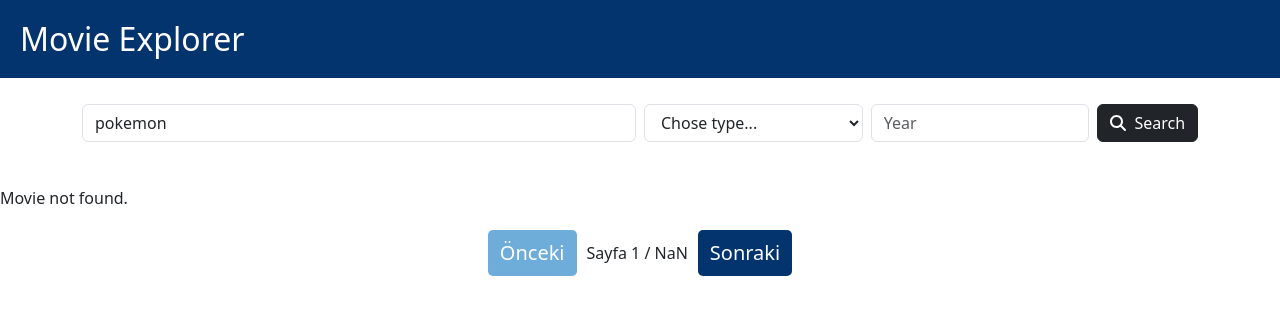
Repository: denizdizi/movie-explorer
Page: /
An editor plug-in stored every save of this project. The page is shown before and after the next save, followed by the edit.
The browser window is 1280 px wide. The pictures show the whole page.
The page's requests for data from a server got no answer. The project was rebuilt for these pictures with package versions that can differ from the ones it lists, and the page was loaded fresh each time. No one was signed in, and anything a server would have sent is missing. Also part of the build but not shown: src/App.css, src/components/MovieCard.js, src/pages/MovieDetail.js.

Above is the page before, as saved 2025-03-29 01:22:57.

### src/index.js
import React from 'react';
import ReactDOM from 'react-dom/client';
import './index.css';
import App from './App';
import reportWebVitals from './reportWebVitals';
import { Provider } from 'react-redux';
import store from "./store/store";
import 'bootstrap/dist/css/bootstrap.min.css';
import 'bootstrap/dist/js/bootstrap.bundle.min';

const root = ReactDOM.createRoot(document.getElementById('root'));
root.render(
  <Provider store={store}>
    <App />
  </Provider>
);

// If you want to start measuring performance in your app, pass a function
// to log results (for example: reportWebVitals(console.log))
// or send to an analytics endpoint. Learn more: https://bit.ly/CRA-vitals
reportWebVitals();

### src/App.js
import './App.css';
import React from "react";
import { BrowserRouter as Router, Routes, Route } from "react-router-dom";
import Home from "./pages/Home";
import MovieDetails from "./pages/MovieDetail";
import "./styles/global.scss";

function App() {
  return (
    <Router>
      <Routes>
        <Route path="/" element={<Home />} />
        <Route path="/movie/:id" element={<MovieDetails />} />
      </Routes>
    </Router>
  );
}

export default App;

### src/store/store.js
import { createStore, applyMiddleware, combineReducers } from "redux";
import { thunk } from "redux-thunk";
import movieReducer from "./reducers";

const rootReducer = combineReducers({
  movies: movieReducer,
});

const store = createStore(rootReducer, applyMiddleware(thunk));

export default store;

### src/pages/Home.js
import React, { useEffect, useState } from "react";
import { useDispatch, useSelector } from "react-redux";
import { fetchMovies } from "../store/actions";
import { setPage } from "../store/actions";
import MovieList from "../components/MovieList";
import SearchBar from "../components/SearchBar";
import Pagination from "../components/Pagination";
import { TailSpin } from 'react-loader-spinner';

const Home = () => {
  const dispatch = useDispatch();
  const { movies } = useSelector((state) => state);

  useEffect(() => {
    dispatch(fetchMovies(movies.formData.query, movies.currentPage, movies.formData.type, movies.formData.year));
  }, [dispatch, movies.currentPage]);

  const handlePageChange = (newPage) => {
    dispatch(setPage(newPage));
  };

  return (
    <div>
      <h1 className="page-title">Movie Explorer</h1>
      <SearchBar/>
      {movies.loading && (
        <div className="loading-overlay">
          {/* TailSpin spinner'ını burada gösteriyoruz */}
          <TailSpin
            height="100"
            width="100"
            color="#00BFFF"
            ariaLabel='loading'
          />
        </div>
      )}
      {movies.error && <p>Hata: {movies.error}</p>}
      <MovieList movies={movies} />
      <Pagination
        currentPage={movies.currentPage}
        totalResults={movies.totalResults}
        onPageChange={handlePageChange}
      />
    </div>
  );
};

export default Home;

### src/styles/global.scss
body {
    padding-top: 80px;
    font-family: 'Franklin Gothic Medium', 'Arial Narrow', Arial, sans-serif;
    background-color: #f9f9f9;
}

.movie-list {
    justify-content: center;
}

.movie-line {
  display: flex;
  flex-wrap: wrap;
  align-items: center;
  margin-bottom: 2em;
  background-color: #f9f9f9;
  gap: 2em;
  justify-content: center;
}

.movie-card {
  width: 100%; /* Kartın genişliği */
  height: 300px; /* Kartın yüksekliği */
  border-radius: 10px; /* Köşeleri yuvarlat */
  box-shadow: 0 4px 8px rgba(0, 0, 0, 0.2); /* Gölgelendirme */
  overflow: hidden; /* İçerik taşmasını engelle */
  background-color: #fff; /* Arka plan beyaz */
  display: flex;
  flex-direction: column; /* İçeriği dikey yerleştir */
  align-items: center;
  justify-content: flex-start; /* Başlık ve içerikler üst kısımda yer alsın */
  padding: 10px;
  border: 1px solid #ddd; /* Çerçeve */
}

.img-container {
  width: 100%; /* Konteynerin genişliği */
  height: 60%; /* Resmin yüksekliği */
  overflow: hidden;
  padding: 0; /* Paddingi sıfırlayın */
  display: flex;
  justify-content: center;
  align-items: center; /* Resmin ortalanması için */
  border-radius: 5px;
}

.img-container img {
  width: 100%;
  height: 100%;
  object-fit: cover; /* Resmi konteynere tam sığdır */
  object-position: center;
}

.movie-card h3 {
  margin-top: 10px;
  font-size: 16px;
  text-align: center;
}

@media (max-width: 700px) {
  .movie-line {
    flex-direction: column;
  }

  .img-container {
    height: 60%; /* Küçük ekranlarda img-container yüksekliğini azaltın */
  }
}

.search-bar {
    display: flex;
    align-items: center;
    justify-content: center;
    margin: 20px 0;
  }

  .input-wrapper {
    display: flex;
    position: relative;
  }

  .search-input {
    padding: 10px;
    font-size: 1rem;
    border-radius: 5px;
    border: 1px solid #ccc;
    width: 300px;
    transition: all 0.3s ease;
  }

  .search-input:focus {
    border-color: #007bff;
    outline: none;
  }

  .clear-btn {
    position: absolute;
    top: 50%;
    right: 10px;
    transform: translateY(-50%);
    background: none;
    border: none;
    font-size: 18px;
    color: #ccc;
    cursor: pointer;
    transition: color 0.3s;
  }

  .search-btn {
    padding: 10px 20px;
    background-color: #03346E;
    color: white;
    border: none;
    border-radius: 5px;
    cursor: pointer;
    margin-left: 10px;
    font-size: 1rem;
  }

  .search-btn:hover {
    background-color: #0056b3;
  }

  .page-title {
    background-color: #03346E; /* Başlık arkaplan rengini koyu gri yapıyoruz */
    color: #fff; /* Yazı rengini beyaz yapıyoruz */
    padding: 20px; /* Arka planın etrafına biraz boşluk ekliyoruz */
    font-size: 2em; /* Başlık boyutunu büyütüyoruz */
    position: fixed; /* Başlık sabitlenecek */
    top: 0; /* Başlık üstte olacak */
    left: 0; /* Başlık solda olacak */
    width: 100%; /* Başlık tam genişlikte olacak */
    z-index: 1000; /* Başlık, diğer içeriklerin üstünde yer alacak */
    margin-top: 0;
  }

  .loading-overlay {
    position: fixed;
    top: 0;
    left: 0;
    width: 100%;
    height: 100%;
    background-color: rgba(0, 0, 0, 0.5); /* Yarı saydam siyah arka plan */
    display: flex;
    justify-content: center;
    align-items: center;
    z-index: 9999; /* Diğer içeriklerin üstünde olmalı */
  }

  .pagination {
    display: flex;
    justify-content: center;
    align-items: center;
    gap: 10px;
    margin: 20px 0;

    button {
      padding: 8px 12px;
      font-size: 20px;
      cursor: pointer;
      border: none;
      background: #03346E;
      color: white;
      border-radius: 5px;

      &:disabled {
        background: #6EACDA;
        cursor: not-allowed;
      }
    }
  }

### src/store/reducers.js
import { SET_PAGE, SET_FORM_DATA, SET_MOVIE, FETCH_MOVIES_REQUEST, FETCH_MOVIES_SUCCESS, FETCH_MOVIES_FAILURE } from "./actions";

const initialState = {
  formData: {
    query: "pokemon",
    type: "",
    year: "",
    page: 1,
  },
  movies: [],
  totalResults: "0",
  currentPage: 1,
  loading: false,
  error: null,
  searchQuery: "pokemon",
  selectedMovie: null,
};

const movieReducer = (state = initialState, action) => {
  switch (action.type) {
    case SET_PAGE:
      return {
        ...state,
        currentPage: action.payload,
      };
      case SET_FORM_DATA:
        return {
          ...state,
          formData: { ...state.formData, ...action.payload }, // Form verilerini günceller
        };
      case SET_MOVIE:
        return {
          ...state,
          selectedMovie: action.payload,
          loading: false,
        };
    case FETCH_MOVIES_REQUEST:
      return { ...state, loading: true };
    case FETCH_MOVIES_SUCCESS:
      return { ...state, loading: false, movies: action.payload.movies, totalResults: action.payload.totalResults };
    case FETCH_MOVIES_FAILURE:
      return { ...state, loading: false, error: action.payload };
    default:
      return state;
  }
};

export default movieReducer;

### src/store/actions.js
import { searchMovies, getMovieDetails } from "../utils/api";

export const FETCH_MOVIES_REQUEST = "FETCH_MOVIES_REQUEST";
export const FETCH_MOVIES_SUCCESS = "FETCH_MOVIES_SUCCESS";
export const FETCH_MOVIES_FAILURE = "FETCH_MOVIES_FAILURE";
export const SET_PAGE = "SET_PAGE";
export const SET_MOVIE = "SET_MOVIE";

export const fetchMovies = (query = "pokemon", page = 1, type, year, id) => async (dispatch) => {
  dispatch({ type: FETCH_MOVIES_REQUEST });

  try {
    const data = await searchMovies(query, page, type, year);
    dispatch({ type: FETCH_MOVIES_SUCCESS, payload: {movies: data.Search, totalResults: data.totalResults} });
  } catch (error) {
    dispatch({ type: FETCH_MOVIES_FAILURE, payload: error.message });
  }
};

export const fetchMoviesById = (id) => async (dispatch) => {
  dispatch({ type: FETCH_MOVIES_REQUEST });

  try {
    const data = await getMovieDetails(id);
    dispatch({ type: SET_MOVIE, payload: data });
  } catch (error) {
    dispatch({ type: FETCH_MOVIES_FAILURE, payload: error.message });
  }
};

export const setPage = (page) => ({
  type: SET_PAGE,
  payload: page,
});

export const SET_FORM_DATA = "SET_FORM_DATA";

export const setFormData = (formData) => ({
  type: SET_FORM_DATA,
  payload: formData,
});

export const MOVIE = "SET_MOVIE";

export const setMovie = (formData) => ({
  type: SET_MOVIE,
  payload: formData,
});

### src/components/MovieList.js
import React from "react";
import { Row, Col } from "react-bootstrap";
import MovieCard from "./MovieCard";

const MovieList = ({ movies }) => {
  if (!movies || !movies.movies || movies.movies.length === 0) {
    return <p>Movie not found.</p>;
  }

  return (
    <div className="movie-list container mt-4">
    <Row className="g-3 justify-content-center">
      {movies.movies.slice(0, 5).map((movie) => (
        <Col key={movie.imdbID} xs={12} sm={6} md={4} lg={2}>
          <MovieCard movie={movie} />
        </Col>
      ))}
    </Row>
    <Row className="g-3 justify-content-center mt-3">
      {movies.movies.slice(5, 10).map((movie) => (
        <Col key={movie.imdbID} xs={12} sm={6} md={4} lg={2}>
          <MovieCard movie={movie} />
        </Col>
      ))}
    </Row>
  </div>
  );
};

export default MovieList;

### src/components/SearchBar.js
import React, { useState } from "react";
import { fetchMovies } from "../store/actions";
import { useDispatch, useSelector } from "react-redux";
import { setFormData, setPage } from "../store/actions";
import { FontAwesomeIcon } from "@fortawesome/react-fontawesome";
import { faSearch } from "@fortawesome/free-solid-svg-icons";

const SearchBar = () => {
  const options = [{
    value: "movie",
    label: "Movie",
  },
  {
    value: "series",
    label: "Series",
  },
  {
    value: "episode",
    label: "Episode",
  }];

  const dispatch = useDispatch();

  const [yearError, setYearError] = useState("");
  const { movies } = useSelector((state) => state);
  const { formData } = movies;


  const handleSubmit = (e) => {
    e.preventDefault();
    if (!yearError || formData.query.trim() !== "") {
      dispatch(setPage(1));
      dispatch(fetchMovies(formData.query, formData.page, formData.type, formData.year));
    }
  };

  const handleChange = (e) => {
    const { name, value } = e.target;
    dispatch(setFormData({ [name]: value }));

    if (name === "year") {
      if (value < 1900 || value > 2025) {
        setYearError("Lütfen 1900 ile 2025 arasında bir yıl giriniz.");
      } else {
        setYearError("");
      }
    }
  };

  const isSubmitDisabled = !formData.query.trim();

  return (
    <div className="container mt-4" style={{ height: "90px" }}>
      <form onSubmit={handleSubmit}>
        <div className="row g-2">
          <div className="col-6">
            <input type="text" className="form-control" placeholder="Search" onChange={handleChange} name="query" value={formData.query} />
          </div>
          <div className="col">
            <select className="form-control" style={{ appearance: "auto" }} onChange={handleChange} name="type" value={formData.type}>
              <option value="">Chose type...</option>
              {options.map((option, index) => (
                <option key={index} value={option.value}>{option.label}</option>
              ))}
            </select>         </div>
          <div className="col">
            <input
              type="number"
              className="form-control"
              placeholder="Year"
              min="1900"
              max="2025"
              onChange={handleChange}
              name="year"
              value={formData.year}
            />
            {yearError && <small className="text-danger">{yearError}</small>}
          </div>
          <div className="col-auto">
            <button type="submit" className="btn btn-dark" disabled={isSubmitDisabled}>
              <FontAwesomeIcon icon={faSearch} className="me-2" />
              Search</button>
          </div>
        </div>
      </form>
    </div>
  );
};

export default SearchBar;

### src/components/Pagination.js
import React from "react";

const Pagination = ({currentPage, totalResults, onPageChange}) => {
  const totalPages = Math.ceil(totalResults / 10);

  const handleNext = () => {
    if (currentPage < totalPages) {
      onPageChange(currentPage + 1);
    }
  };

  const handlePrev = () => {
    if (currentPage > 1) {
      onPageChange(currentPage - 1);
    }
  };

  return (
    <div className="pagination">
      <button onClick={handlePrev} disabled={currentPage === 1}>
        Önceki
      </button>
      <span>Sayfa {currentPage} / {totalPages}</span>
      <button onClick={handleNext} disabled={currentPage === totalPages}>
        Sonraki
      </button>
    </div>
  );
};

export default Pagination;

### src/utils/api.js
import axios from "axios";

const API_KEY = "df54e6ed";
const BASE_URL = "https://www.omdbapi.com/";

export const searchMovies = async (text, page, type, year) => {
  try {
    const response = await axios.get(BASE_URL, {
      params: {
        apikey: API_KEY,
        s: text,
        y: year,
        type: type,
        page: page,
      },
    });
    return response.data;
  } catch (error) {
    console.error("Film arama hatası:", error);
    return [];
  }
};

export const getMovieDetails = async (movieID) => {
  try {
    const response = await axios.get(BASE_URL, {
      params: {
        apikey: API_KEY,
        i: movieID,
      },
    });
    return response.data;
  } catch (error) {
    console.error("Film detaylarını getirme hatası:", error);
    return null;
  }
};

Loaded but not shown: public/index.html (common file); src/index.css (common file); src/reportWebVitals.js (common file); src/styles/movie.scss (no stored copy; drawn as an empty file)

After the next save:
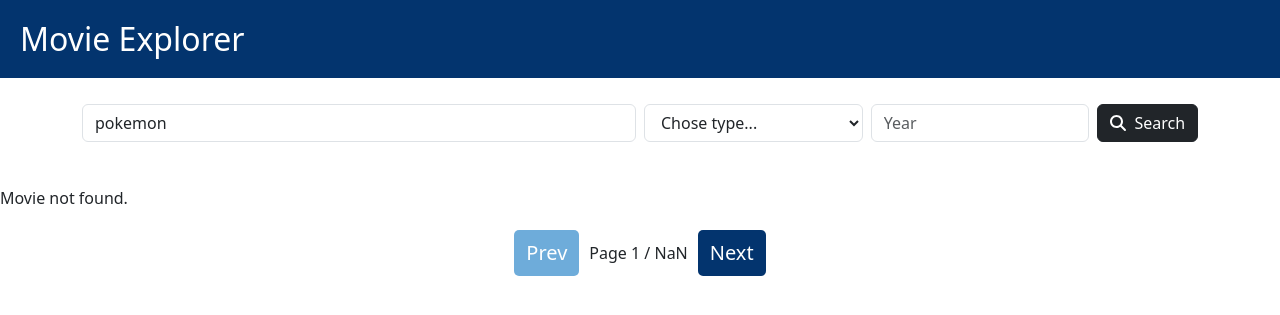
Saved 17 s later.
--- a/src/components/Pagination.js
+++ b/src/components/Pagination.js
@@ -18,11 +18,11 @@ const Pagination = ({currentPage, totalResults, onPageChange}) => {
   return (
     <div className="pagination">
       <button onClick={handlePrev} disabled={currentPage === 1}>
-        Önceki
+        Prev
       </button>
-      <span>Sayfa {currentPage} / {totalPages}</span>
+      <span>Page {currentPage} / {totalPages}</span>
       <button onClick={handleNext} disabled={currentPage === totalPages}>
-        Sonraki
+        Next
       </button>
     </div>
   );
